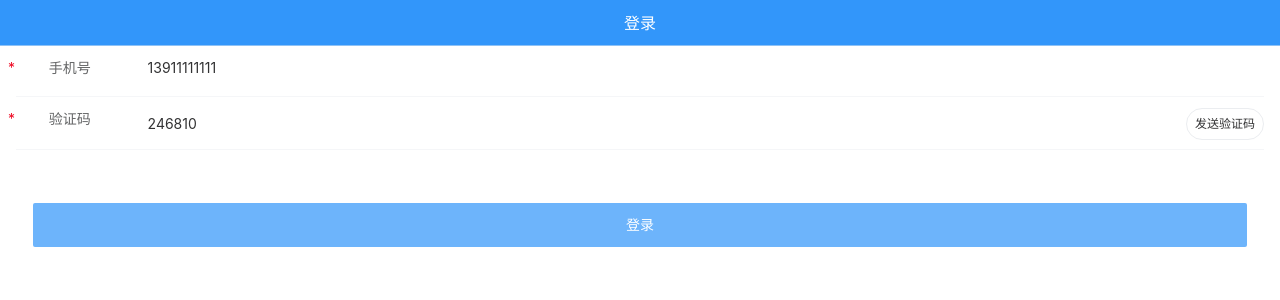
Repository: Tsukiau/toutiao-m
Page: /#/
The author's editor kept a copy of each file at every save. The page is drawn from the files as they stood at one save, then again after a run of saves.
The browser window is 1280 px wide. The pictures show the whole page.
Some web fonts or font styles are not loaded; a fallback is used. The project was rebuilt for these pictures with package versions that can differ from the ones it lists, and the page was loaded fresh each time. Also part of the build but not shown: vue.config.js.

Above is the page before, as saved 2022-10-14 17:23:37.

After the next 7 saves:
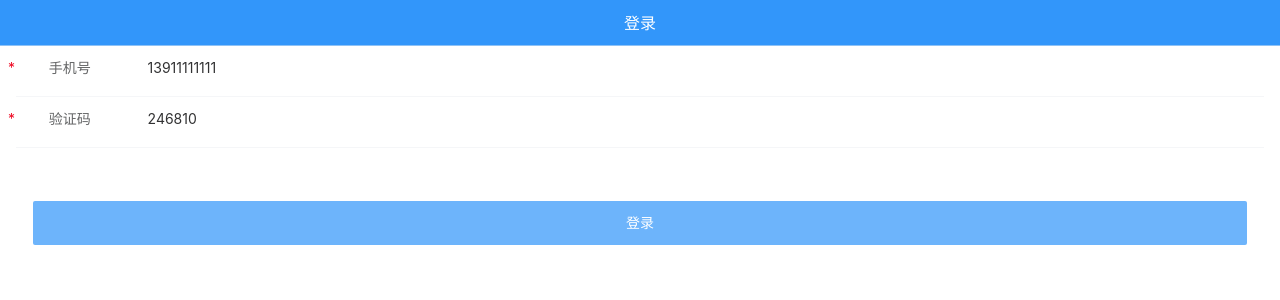
The 7 saves are shown as one change because they came seconds apart.
The last was saved 80 s later.
--- a/src/views/login/index.vue
+++ b/src/views/login/index.vue
@@ -44,13 +44,13 @@
    ]"
       > <i slot="left-icon" class="iconfont icon-yanzhengma"></i>
       <!-- 倒计时时间 -->
- <!--    <template #button>
+ <template #button>
           <van-count-down
           v-if="isCountDownShow"
           :time="1000 * 60" format="ss s"
           @finish="isCountDownShow = false"
           />
-     </template>  -->
+     </template>
      <van-button
 
       round

After the 6 saves that followed:
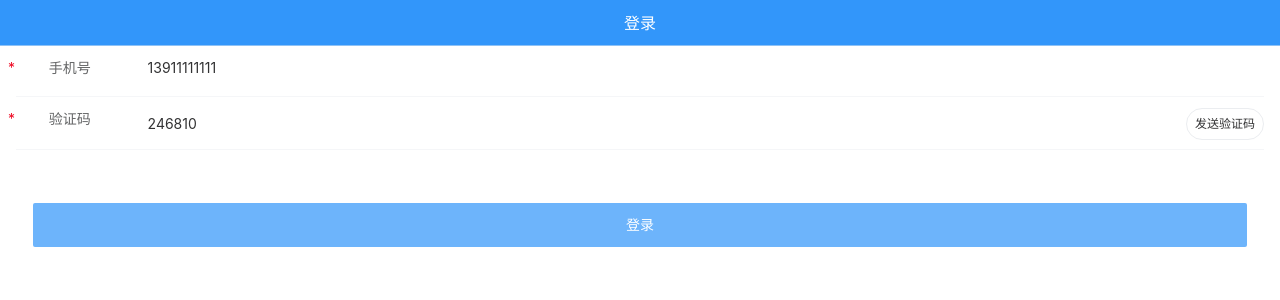
The 6 saves are shown as one change because 1 left the picture as it was and some came seconds apart.
The last was saved 18 s later.
--- a/src/views/login/index.vue
+++ b/src/views/login/index.vue
@@ -50,16 +50,18 @@
           :time="1000 * 60" format="ss s"
           @finish="isCountDownShow = false"
           />
-     </template>
-     <van-button
 
-      round
-      slot="button"
-      size="small"
-      native-type="button"
-      type="default"
-      @click="onSendSms"
-      >发送验证码</van-button>
+          <van-button
+    v-else
+    round
+    slot="button"
+    size="small"
+    native-type="button"
+    type="default"
+    @click="onSendSms"
+    >发送验证码</van-button>
+  </template>
+
 
       </van-field>
       <div class="login-btn-wrap">
